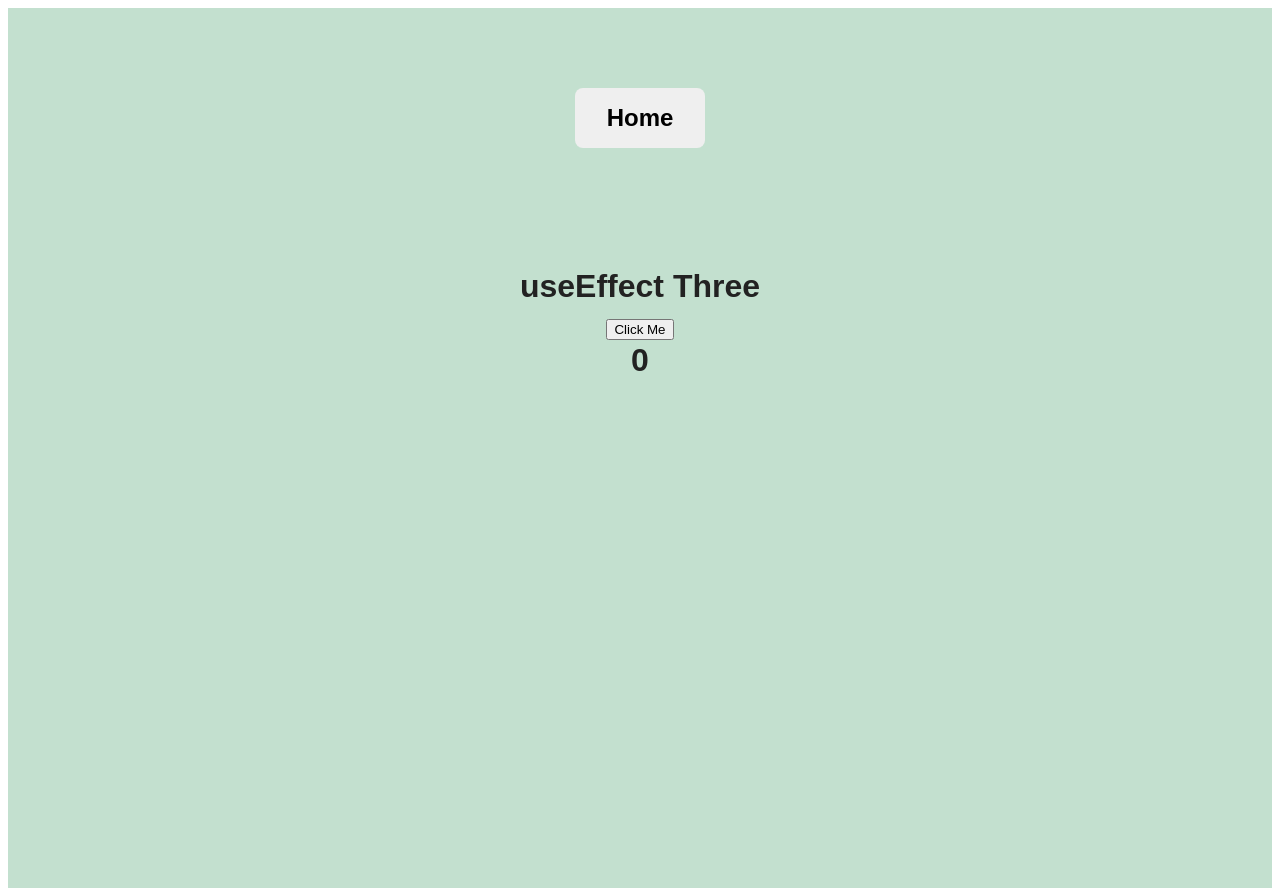
Repository: giovanabirck/class8
Page: /useEffectThree
The author's editor kept a copy of each file at every save. The page is drawn from the files as they stood at one save, then again after the next save.
The browser window is 1280 px wide. The pictures show the whole page.
The project was rebuilt for these pictures with package versions that can differ from the ones it lists, and the page was loaded fresh each time. The framework's server and built-in components were replaced by stand-ins that run in the browser. Also part of the build but not shown: next.config.js.

Above is the page before, as saved 2023-02-23 18:14:14.

### pages/useEffectThree.js
import Link from "next/link"
import { useEffect, useState } from "react";
import styles from '@/styles/UseEffectThree.module.css'


export default function useEffectThree() {

    const [number, setNumber] = useState(0);

    const [value, setValue] = useState(-10);

    useEffect(() => {
        setValue(value + 10)
    }, [number])

    return(
        <>
            <main className={styles.main}>

                <div className={styles.top_back}>
                    <Link href="/">
                        <button className={styles.btn}>Home</button>
                    </Link>
                </div>

                <div className={styles.content}>

                    <div>
                        useEffect Three
                    </div>

                    <div>
                        <button onClick={() => setNumber(number + 1)}>Click Me</button>
                    </div>

                    <div>
                        {value}
                    </div>

                </div>


            </main>
        </>
    )
}

### styles/globals.css
:root {
  --blue: #95CDF9;
  --green: #C3E0CF;
  --orange: #EF8B66;
  --white: #f4f9fd;
  --black: #222222;
  }

### styles/UseEffectThree.module.css
.main {
    display: flex;
    flex-direction: column;
    align-items: center;
    padding: 5rem;
    height: 100vh;
    font-family: Arial, Helvetica, sans-serif;
    color: var(--black);
    background-color: var(--green);
  }

  .btn {
    font-weight: 900;
    font-size: 1.5rem;
    padding: 1rem 2rem;
    border-radius: 0.5rem;
    border-style: none;
    cursor: pointer;
  }

  .top_back {
    height: 25vh;
  }

  .content {
    display: flex;
    flex-direction: column;
    align-items: center;
    font-size: 2rem;
    font-weight: 800;
  }

  .content_title {
    padding: 2rem;
  }

Loaded but not shown: pages/_app.js (common file); pages/_document.js (common file)

After the next save:
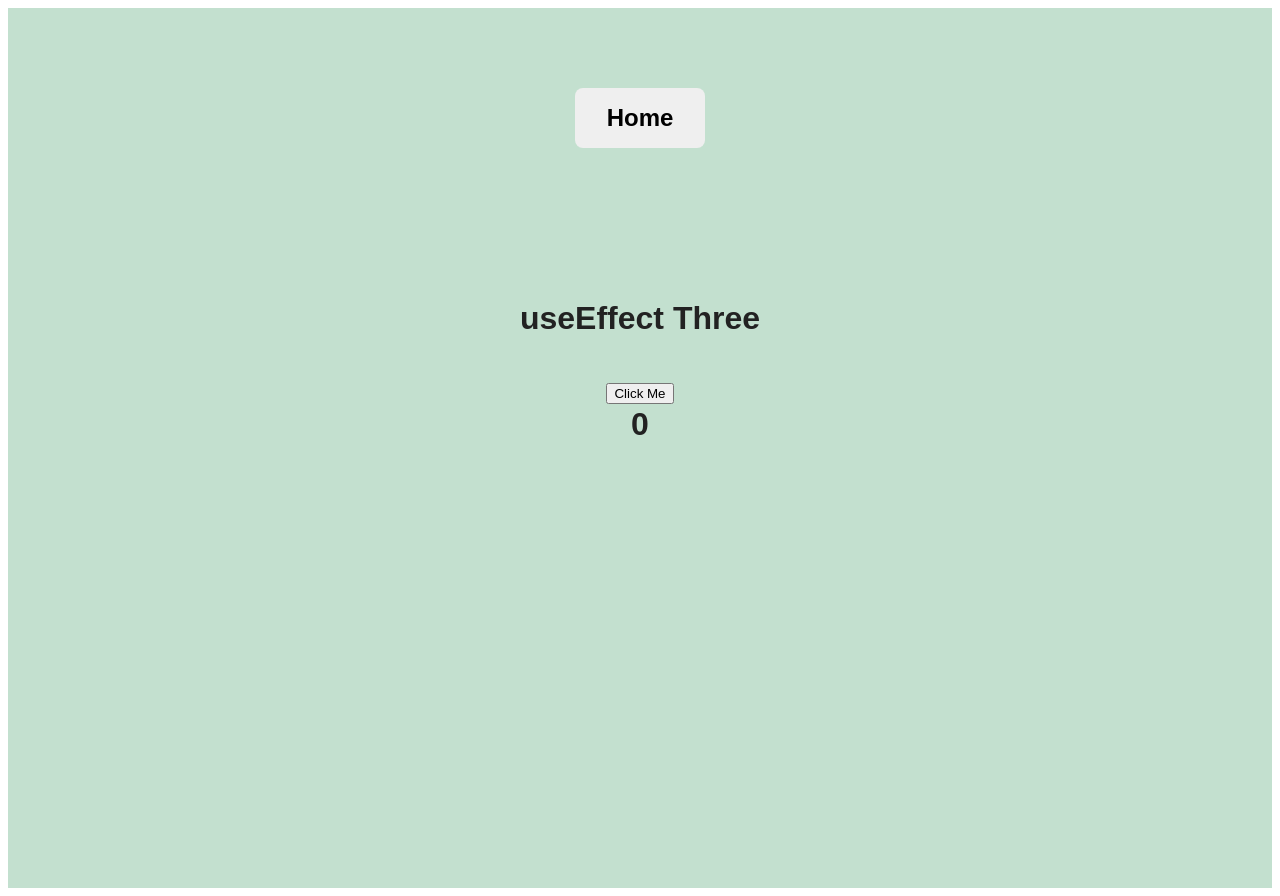
Saved 12 s later.
--- a/pages/useEffectThree.js
+++ b/pages/useEffectThree.js
@@ -25,7 +25,7 @@ export default function useEffectThree() {
 
                 <div className={styles.content}>
 
-                    <div>
+                    <div className={styles.content_title}>
                         useEffect Three
                     </div>
 
